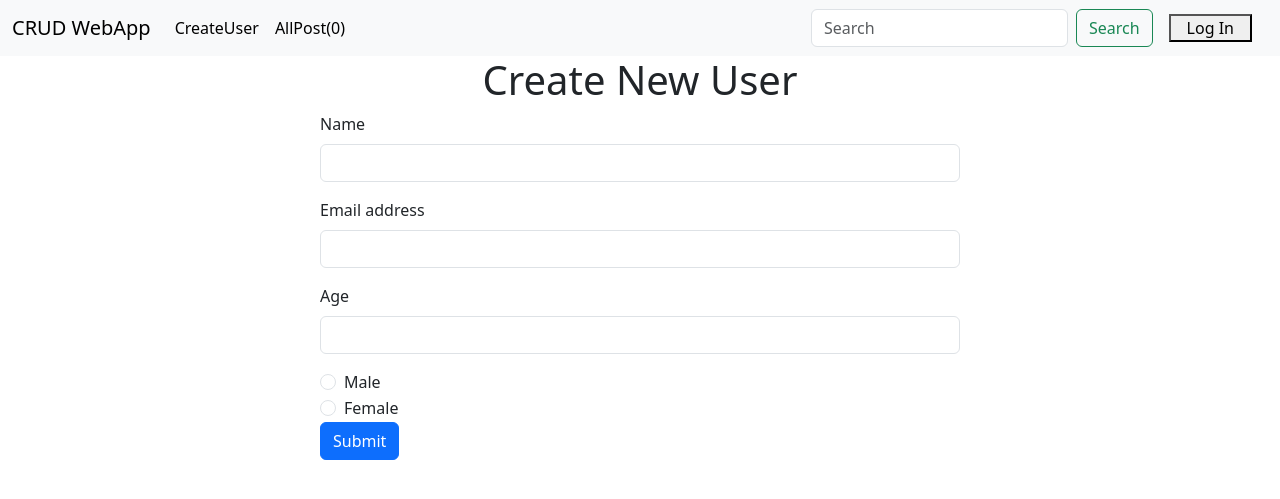
Repository: suraj-yadav7/createpost-redux
Page: /
These files come from the project's save history. The page is drawn as it stood at one moment and after the next save; the edit follows.
The browser window is 1280 px wide. The pictures show the whole page.
The project was rebuilt for these pictures with package versions that can differ from the ones it lists, and the page was loaded fresh each time. Also part of the build but not shown: vite.config.js, src/App.css, src/assets/viewuser.css, src/components/ViewUser.jsx, src/components/UpdateUser.jsx, src/components/Read.jsx, src/index.css.

Above is the page before, as saved 2023-05-25 23:35:12.

### index.html
<!DOCTYPE html>
<html lang="en">
  <head>
    <meta charset="UTF-8" />
    <link rel="icon" type="image/svg+xml" href="/vite.svg" />
    <meta name="viewport" content="width=device-width, initial-scale=1.0" />
    <link href="https://cdn.jsdelivr.net/npm/bootstrap@5.3.0-alpha3/dist/css/bootstrap.min.css" rel="stylesheet" integrity="sha384-KK94CHFLLe+nY2dmCWGMq91rCGa5gtU4mk92HdvYe+M/SXH301p5ILy+dN9+nJOZ" crossorigin="anonymous">
    <title>CRUD WebApp</title>
  </head>
  <body>
    <div id="root"></div>
    <script type="module" src="/src/main.jsx"></script>
    <script src="https://cdn.jsdelivr.net/npm/bootstrap@5.3.0-alpha3/dist/js/bootstrap.bundle.min.js" integrity="sha384-ENjdO4Dr2bkBIFxQpeoTz1HIcje39Wm4jDKdf19U8gI4ddQ3GYNS7NTKfAdVQSZe" crossorigin="anonymous"></script>
  </body>
</html>
  </body>
</html>

### src/main.jsx
import React from 'react'
import ReactDOM from 'react-dom/client'
import App from './App.jsx'
import './index.css'
import { Provider } from 'react-redux'
import store from "./store/store.jsx"
import { Auth0Provider } from "@auth0/auth0-react";

ReactDOM.createRoot(document.getElementById('root')).render(
  <Auth0Provider
  domain="dev-f0vrvzicx3fqszs1.us.auth0.com"
  clientId="TATqhhZI6gkrUFpzIdMG64wIT1x1fYov"
  authorizationParams={{
    redirect_uri: window.location.origin
  }}
>
  <Provider store={store}>
    <App />
  </Provider>
  </Auth0Provider>,
)

### src/App.jsx
import React, { useState } from 'react'
import './App.css'
import Navbar from './components/Navbar'
import Read from './components/Read'
import UpdateUser from "./components/UpdateUser"
import { BrowserRouter as Router,Routes,Route } from 'react-router-dom'
import CreateData from './components/CreateData.jsx'

function App() {

  return (
    <>
    <Router>
    <Navbar />
    <Routes>
    <Route exact path="/" element={<CreateData />} />
    <Route exact path="/read" element={<Read />} />
    <Route exact path="/edit/:id" element={<UpdateUser />} />
    </Routes>
    </Router>
    </>
  )
}

export default App

### src/store/store.jsx
import { configureStore } from "@reduxjs/toolkit";
import userDetail from "./slice/userDetail"

const store = configureStore({
    reducer:{
        users:userDetail
    }
})

export default store;

### src/components/Navbar.jsx
import React, { useEffect, useState } from 'react'
import { useSelector } from 'react-redux'
import { Link } from 'react-router-dom'
import { useDispatch } from 'react-redux'
import {searchUser} from  '../store/slice/userDetail'
import { useAuth0 } from "@auth0/auth0-react";

const Navbar = () => {
  const allusers = useSelector((state)=>state.users.user)
  const [searchVal, setSearchVal] = useState("")
  const dispatch = useDispatch()
  console.log("The search val", searchVal)

  const { loginWithRedirect } = useAuth0();

  useEffect(()=>{
    dispatch(searchUser(searchVal))

  },[searchVal])
  return (
    <>
      <nav className="navbar navbar-expand-lg bg-body-tertiary">
        <div className="container-fluid">
          <Link to="/" className="navbar-brand" >CRUD WebApp</Link>
          <button className="navbar-toggler" type="button" data-bs-toggle="collapse" data-bs-target="#navbarSupportedContent" aria-controls="navbarSupportedContent" aria-expanded="false" aria-label="Toggle navigation">
            <span className="navbar-toggler-icon"></span>
          </button>
          <div className="collapse navbar-collapse" id="navbarSupportedContent">
            <ul className="navbar-nav me-auto mb-2 mb-lg-0">
              <li className="nav-item">
                <Link to="/" className="nav-link active" aria-current="page" >CreateUser</Link>
              </li>
              <li className="nav-item">
                <Link to="/read" className="nav-link active" >AllPost({allusers.length})</Link>
              </li>
            </ul>
            <form className="d-flex" role="search">
              <input className="form-control me-2" type="search" onChange={(e)=>setSearchVal(e.target.value)} placeholder="Search" aria-label="Search" />
              <button className="btn btn-outline-success" type="submit">Search</button>
            </form>
            <button style={{padding:"0 1rem", margin:"0 1rem"}} onClick={() => loginWithRedirect()}>Log In</button>
          </div>
        </div>
      </nav>
    </>
  )
}

export default Navbar

### src/components/CreateData.jsx
import React, {useState} from 'react'
import { useDispatch } from 'react-redux'
import { useNavigate } from 'react-router-dom'
import { createUser } from '../store/slice/userDetail'


const CreateData = () => {

    const [data, SetData]=useState({})
    const handleData= (e)=>{
        SetData({...data, [e.target.name]:e.target.value})
        console.log(data)
    }

    const dispatch = useDispatch()
    const navigate = useNavigate()

    const handleSubmit = (e)=>{
        e.preventDefault()
        dispatch(createUser(data))
        navigate("/read")
    }
    return (
        <>
             <h1 style={{textAlign:"center"}}>Create New User</h1>
            <form className='w-50 mx-auto' onSubmit={handleSubmit}>
                <div className="mb-3">
                    <label htmlFor="exampleInputEmail1" className="form-label">Name</label>
                    <input type="text" className="form-control" name="name" onChange={handleData} id="exampleInputEmail1" aria-describedby="emailHelp" />
                </div>
                <div className="mb-3">
                    <label htmlFor="exampleInputEmail1" className="form-label">Email address</label>
                    <input type="email" className="form-control" name="email" onChange={handleData} id="exampleInputEmail1" aria-describedby="emailHelp" />
                </div>
                <div className="mb-3">
                    <label htmlFor="exampleInputEmail1" className="form-label">Age</label>
                    <input type="text" className="form-control" name="age" onChange={handleData} id="exampleInputEmail1" aria-describedby="emailHelp" />
                </div>
                <div className='mx-auto'>
                    <div className="form-check">
                        <input className="form-check-input" type="radio" name="gender" value="male" onChange={handleData} id="flexRadioDefault1" />
                        <label className="form-check-label"  htmlFor="flexRadioDefault1">
                            Male
                        </label>
                    </div>
                    <div className="form-check">
                        <input className="form-check-input" type="radio" name="gender" value="female" onChange={handleData} id="flexRadioDefault2" />
                        <label className="form-check-label" htmlFor="flexRadioDefault2">
                            Female
                        </label>
                    </div>
                </div>
                <button type="submit" className="btn btn-primary" >Submit</button>
            </form>
        </>
    )
}

export default CreateData

### src/store/slice/userDetail.jsx
import { createSlice, createAsyncThunk } from "@reduxjs/toolkit";

// Creating a user
export const createUser = createAsyncThunk("createUser", async(data, {rejectWithValue})=>{
    let response = await fetch("https://646273424dca1a661346b571.mockapi.io/crud",{
    method:"POST",
    headers:{
        "content-type":"application/json"
    },
    body:JSON.stringify(data)
                })

    try{
        let apiData = await response.json()
        console.log("The dat in createuser", apiData)
        return apiData
    }
    catch(error){
        rejectWithValue(error)
    }
} )

// reading user data in allUser page
export const showUser = createAsyncThunk("showUser", async(arg,{rejectWithValue})=>{
    let response = await fetch("https://646273424dca1a661346b571.mockapi.io/crud")
    try{
        let apiData = await response.json()
        // console.log("the fetched", apiData)
        return apiData
    }
    catch(error){
        rejectWithValue(error)
    }
})

// Deleting user from database
export const deleteUser = createAsyncThunk("deleteUser", async(id,{rejectWithValue})=>{
    let response = await fetch(`https://646273424dca1a661346b571.mockapi.io/crud/${id}`,{
        method:"DELETE"
    })
    try{
        let apiData = await response.json()
        // console.log("the fetched", apiData)
        return apiData
    }
    catch(error){
        rejectWithValue(error)
    }
})

// Handling update user-data
export const updateUser = createAsyncThunk("editUser", async(data,{rejectWithValue})=>{
    let response = await fetch(`https://646273424dca1a661346b571.mockapi.io/crud/${data.id}`,{
        method:"PUT",
        headers:{
            "content-type":"application/json"
        },
        body:JSON.stringify(data)
                    })
    try{
        let apiData = await response.json()
        // console.log("the fetched", apiData)
        return apiData
    }
    catch(error){
        rejectWithValue(error)
    }
})

const userDetail= createSlice({
    name:"userDetail",
    initialState:{
        user:[],
        loading:false,
        error:null,
        searchValue:"",
        genderValue:"",
        favouriteData:[]
    },

    reducers:{
        searchUser(state,action){
            state.searchValue=action.payload
        },

        genderShow(state,action){
            state.genderValue=action.payload
        },


    },


    extraReducers:{
        // handling create new user
        [createUser.pending]:(state)=>{
            state.loading=true
        },
        [createUser.fulfilled]:(state,action)=>{
            state.user.push(action.payload)
        },
        [createUser.rejected]:(state,action)=>{
            state.error=action.payload.message
        },
        // handling show user
        [showUser.pending]:(state)=>{
            state.loading=true
        },
        [showUser.fulfilled]:(state,action)=>{
            state.user= action.payload

        },
        [showUser.rejected]:(state,action)=>{
            state.error=action.payload
        },
        // handling delete existing user
        [deleteUser.pending]:(state)=>{
            state.loading=true
        },
        [deleteUser.fulfilled]:(state,action)=>{
            const {id} = action.payload
            if(id){
                state.user=state.user.filter((elem)=>elem.id !== id)
            }

        },
        [deleteUser.rejected]:(state,action)=>{
            state.error=action.payload
        },

        // Handling edit user data
        [updateUser.pending]:(state)=>{
            state.loading=true
        },
        [updateUser.fulfilled]:(state,action)=>{
            if(action.payload.id){
               state.user= state.user.map((elem)=>(
                elem.id === action.payload.id ? action.payload : elem))
            }

        },
        [updateUser.rejected]:(state,action)=>{
            state.error=action.payload
        },
    }

})

export default userDetail.reducer
export const {searchUser,genderShow} = userDetail.actions

After the next save:
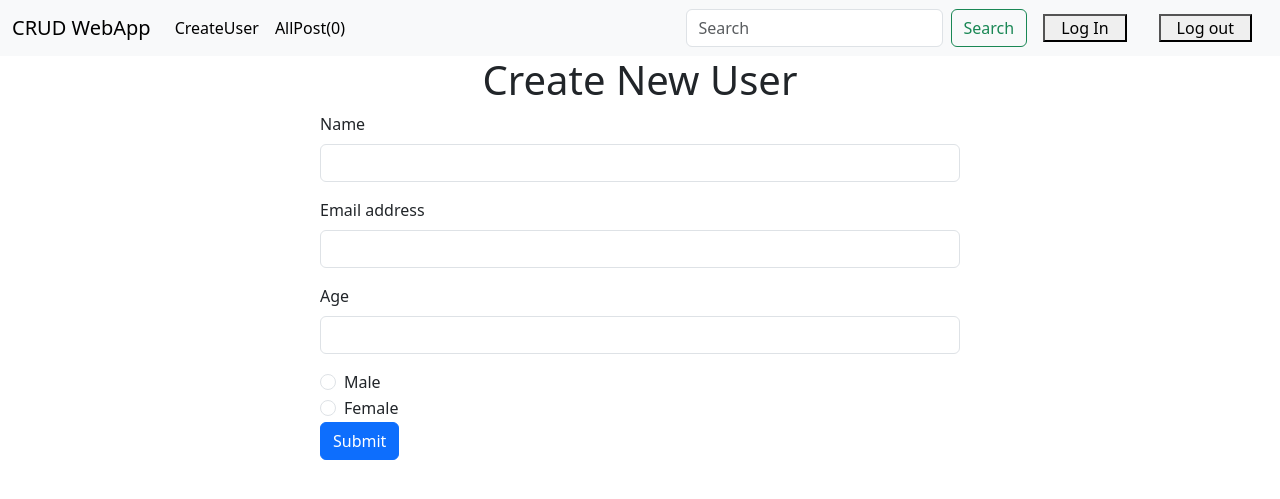
Saved 7 min 8 s later.
--- a/src/components/Navbar.jsx
+++ b/src/components/Navbar.jsx
@@ -11,7 +11,7 @@
   const dispatch = useDispatch()
   console.log("The search val", searchVal)
 
-  const { loginWithRedirect } = useAuth0();
+  const { loginWithRedirect,logout } = useAuth0();
 
   useEffect(()=>{
     dispatch(searchUser(searchVal))
@@ -38,7 +38,10 @@
               <input className="form-control me-2" type="search" onChange={(e)=>setSearchVal(e.target.value)} placeholder="Search" aria-label="Search" />
               <button className="btn btn-outline-success" type="submit">Search</button>
             </form>
+            <div className='loginButton'>
             <button style={{padding:"0 1rem", margin:"0 1rem"}} onClick={() => loginWithRedirect()}>Log In</button>
+            <button style={{padding:"0 1rem", margin:"0 1rem"}}  onClick={()=> logout({ logoutParams: { returnTo: window.location.origin } })}> Log out</button>
+            </div>
           </div>
         </div>
       </nav>

After the save that followed:
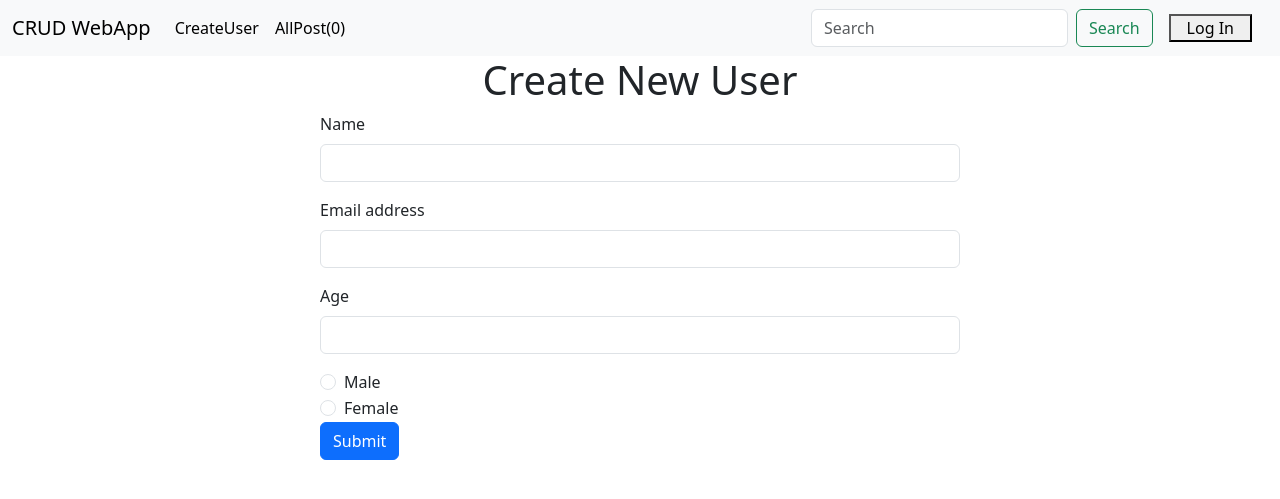
Saved 107 s later.
--- a/src/components/Navbar.jsx
+++ b/src/components/Navbar.jsx
@@ -11,7 +11,7 @@
   const dispatch = useDispatch()
   console.log("The search val", searchVal)
 
-  const { loginWithRedirect,logout } = useAuth0();
+  const { loginWithRedirect,logout,isAuthenticated } = useAuth0();
 
   useEffect(()=>{
     dispatch(searchUser(searchVal))
@@ -39,8 +39,9 @@
               <button className="btn btn-outline-success" type="submit">Search</button>
             </form>
             <div className='loginButton'>
-            <button style={{padding:"0 1rem", margin:"0 1rem"}} onClick={() => loginWithRedirect()}>Log In</button>
-            <button style={{padding:"0 1rem", margin:"0 1rem"}}  onClick={()=> logout({ logoutParams: { returnTo: window.location.origin } })}> Log out</button>
+              { isAuthenticated?
+                  <button style={{padding:"0 1rem", margin:"0 1rem"}}  onClick={()=> logout({ logoutParams: { returnTo: window.location.origin } })}> Log out</button>: <button style={{padding:"0 1rem", margin:"0 1rem"}} onClick={() => loginWithRedirect()}>Log In</button>
+          }
             </div>
           </div>
         </div>
